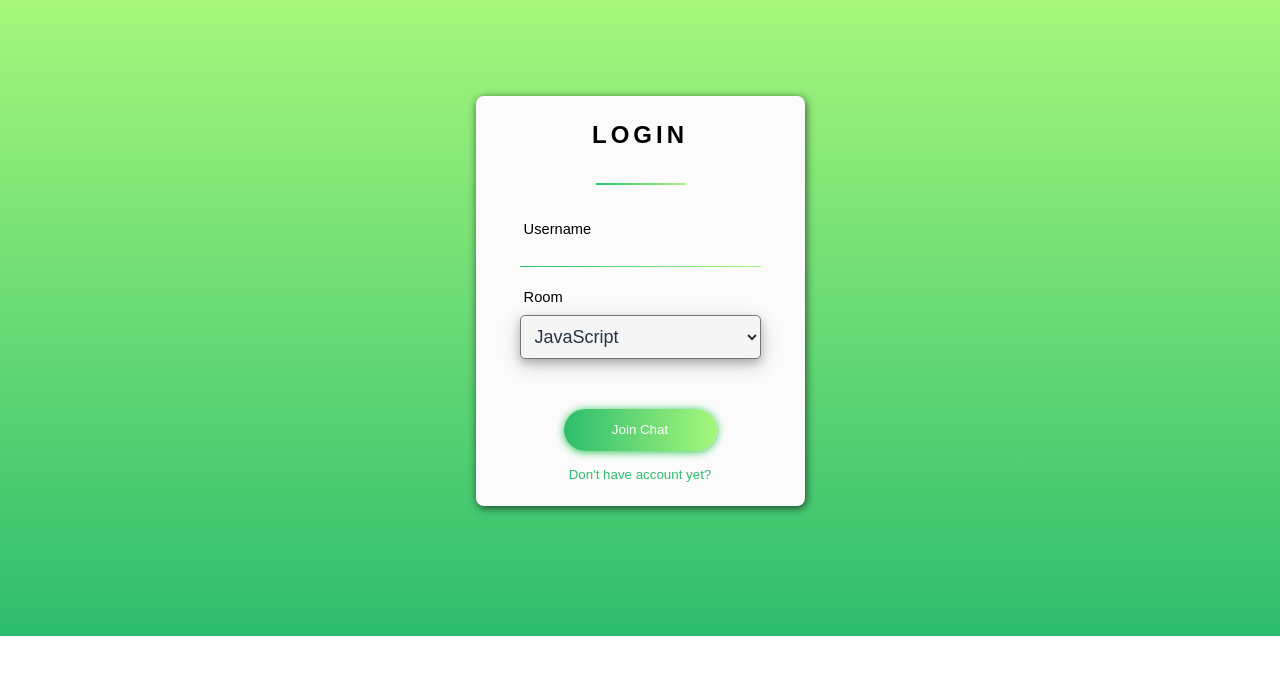
Repository: satyam12116/chat
Page: public/index.html
An editor plug-in stored every save of this project. The page is shown before and after a run of saves, followed by the edit.
The browser window is 1280 px wide. The pictures show the whole page.
Some web libraries are served in a nearby version.

Above is the page before, as saved 2023-03-26 11:45:21.

### public/index.html
<!DOCTYPE html>
<html lang="en">
	<head>
		<meta charset="UTF-8" />
		<meta name="viewport" content="width=device-width, initial-scale=1.0" />
		<meta http-equiv="X-UA-Compatible" content="ie=edge" />
		<link
			rel="stylesheet"
			href="https://cdnjs.cloudflare.com/ajax/libs/font-awesome/5.12.1/css/all.min.css"
			integrity="sha256-mmgLkCYLUQbXn0B1SRqzHar6dCnv9oZFPEC1g1cwlkk="
			crossorigin="anonymous"
		/>
		<link rel="stylesheet" href="css/style.css" />
		<title>ChatCord App</title>
	</head>
	<body>
		<!-- <div class="join-container">
			<header class="join-header">
				<h1><i class="fas fa-smile"></i> ChatCord</h1>
			</header>
			<main class="join-main">
				<form action="chat.html">
					<div class="form-control">
						<label for="username">Username</label>
						<input
							type="text"
							name="username"
							id="username"
							placeholder="Enter username..."
							required
						/>
					</div>
					<div class="form-control">
						<label for="room">Room</label>
						<select name="room" id="room">
							<option value="JavaScript">JavaScript</option>
							<option value="Python">Python</option>
							<option value="PHP">PHP</option>
							<option value="C#">C#</option>
							<option value="Ruby">Ruby</option>
							<option value="Java">Java</option>
						</select>
					</div>
					<button type="submit"class="glow-on-hover">Join Chat</button>
				</form>
			</main>
		</div> -->
		<div id="card">
			<div id="card-content">
			  <div id="card-title">
				<h2>LOGIN</h2>
				<div class="underline-title"></div>
			  </div>
			  <form method="post" class="form">
				<label for="user-email" style="padding-top:13px">
					&nbsp;Username
				  </label>
				<input id="user-email" class="form-content" type="email" name="email" autocomplete="on" required />
				<div class="form-border"></div>
				<label for="user-password" style="padding-top:22px">&nbsp;Room
				  </label>
				<!-- <input id="user-password" class="form-content" type="password" name="password" required /> -->
				<select name="room" id="my">
					<option value="JavaScript">JavaScript</option>
					<option value="Python">Python</option>
					<option value="PHP">PHP</option>
					<option value="C#">C#</option>
					<option value="Ruby">Ruby</option>
					<option value="Java">Java</option>
				</select>
				<!-- <div class="form-border"></div> -->
				<!-- <a href="#">
				  <legend id="forgot-pass">Forgot password?</legend>
				</a> -->
				<input id="submit-btn" type="submit" name="submit" value="Join Chat" />
				<a href="#" id="signup">Don't have account yet?</a>
			  </form>
			</div>
		  </div>
	</body>
</html>

### public/css/style.css
@import url('https://fonts.googleapis.com/css?family=Roboto&display=swap');

:root {
	--dark-color-a: #667aff;
	--dark-color-b: #7386ff;
	--light-color: #e6e9ff;
	--success-color: #5cb85c;
	--error-color: #d9534f;
}

* {
	box-sizing: border-box;
	margin: 0;
	padding: 0;
}

body {
	font-family: 'Roboto', sans-serif;
	font-size: 16px;
	background: var(--light-color);
	margin: 20px;
}

ul {
	list-style: none;
}

a {
	text-decoration: none;
}

.btn {
	cursor: pointer;
	padding: 5px 15px;
	background: var(--light-color);
	color: var(--dark-color-a);
	border: 0;
	font-size: 17px;
}

/* Chat Page */

.chat-container {
	max-width: 1100px;
	background: #fff;
	margin: 30px auto;
	overflow: hidden;
}

.chat-header {
	background: var(--dark-color-a);
	color: #fff;
	border-top-left-radius: 5px;
	border-top-right-radius: 5px;
	padding: 15px;
	display: flex;
	align-items: center;
	justify-content: space-between;
}

.chat-main {
	display: grid;
	grid-template-columns: 1fr 3fr;
}

.chat-sidebar {
	background: var(--dark-color-b);
	color: #fff;
	padding: 20px 20px 60px;
	overflow-y: scroll;
}

.chat-sidebar h2 {
	font-size: 20px;
	background: rgba(0, 0, 0, 0.1);
	padding: 10px;
	margin-bottom: 20px;
}

.chat-sidebar h3 {
	margin-bottom: 15px;
}

.chat-sidebar ul li {
	padding: 10px 0;
}

.chat-messages {
	padding: 30px;
	max-height: 500px;
	overflow-y: scroll;
}

.chat-messages .message {
	padding: 10px;
	margin-bottom: 15px;
	background-color: var(--light-color);
	border-radius: 5px;
	overflow-wrap: break-word;
}

.chat-messages .message .meta {
	font-size: 15px;
	font-weight: bold;
	color: var(--dark-color-b);
	opacity: 0.7;
	margin-bottom: 7px;
}

.chat-messages .message .meta span {
	color: #777;
}

.chat-form-container {
	padding: 20px 30px;
	background-color: var(--dark-color-a);
}

.chat-form-container form {
	display: flex;
}

.chat-form-container input[type='text'] {
	font-size: 16px;
	padding: 5px;
	height: 40px;
	flex: 1;
}

/* Join Page */
.join-container {
	max-width: 500px;
	margin: 80px auto;
	color: #fff;
}

.join-header {
	text-align: center;
	padding: 20px;
	background: var(--dark-color-a);
	border-top-left-radius: 5px;
	border-top-right-radius: 5px;
}

.join-main {
	padding: 30px 40px;
	background: var(--dark-color-b);
}

.join-main p {
	margin-bottom: 20px;
}

.join-main .form-control {
	margin-bottom: 20px;
}

.join-main label {
	display: block;
	margin-bottom: 5px;
}

.join-main input[type='text'] {
	font-size: 16px;
	padding: 5px;
	height: 40px;
	width: 100%;
}

.join-main select {
	font-size: 16px;
	padding: 5px;
	height: 40px;
	width: 100%;
}

.join-main .btn {
	margin-top: 20px;
	width: 100%;
}

@media (max-width: 700px) {
	.chat-main {
		display: block;
	}

	.chat-sidebar {
		display: none;
	}
}

.glow-on-hover {
	margin-left:150px;
	font-family: cursive;
	font-weight: bold;
    width: 120px;
    height: 50px;
    border: none;
    outline: none;
    color: black;
    background:rgb(211, 84, 84);
    cursor: pointer;
    position: relative;
    z-index: 0;
    border-radius: 10px;
}

.glow-on-hover:before {
    content: '';
    background: linear-gradient(45deg, #ff0000, #ff7300, #fffb00, #48ff00, #00ffd5, #002bff, #7a00ff, #ff00c8, #ff0000);
    position: absolute;
    top: -2px;
    left:-2px;
    background-size: 400%;
    z-index: -1;
    filter: blur(5px);
    width: calc(100% + 4px);
    height: calc(100% + 4px);
    animation: glowing 20s linear infinite;
    opacity: 0;
    transition: opacity .3s ease-in-out;
    border-radius: 10px;
}

.glow-on-hover:active {
    color:whitesmoke;
}

.glow-on-hover:active:after {
    background: transparent;
}

.glow-on-hover:hover:before {
    opacity: 1;
}

.glow-on-hover:after {
    z-index: -1;
    content: '';
    position: absolute;
    width: 100%;
    height: 100%;
    background: whitesmoke;
    left: 0;
    top: 0;
    border-radius: 10px;
}

@keyframes glowing {
    0% { background-position: 0 0; }
    50% { background-position: 400% 0; }
    100% { background-position: 0 0; }
}
a {
	text-decoration: none;
  }
  body {
	background: -webkit-linear-gradient(bottom, #2dbd6e, #a6f77b);
	background-repeat: no-repeat;
  }
  label {
	font-family: "Raleway", sans-serif;
	font-size: 11pt;
  }
  #forgot-pass {
	color: #2dbd6e;
	font-family: "Raleway", sans-serif;
	font-size: 10pt;
	margin-top: 3px;
	text-align: right;
  }
  #card {
	background: #fbfbfb;
	border-radius: 8px;
	box-shadow: 1px 2px 8px rgba(0, 0, 0, 0.65);
	height: 410px;
	margin: 6rem auto 8.1rem auto;
	width: 329px;
  }
  #card-content {
	padding: 12px 44px;
  }
  #card-title {
	font-family: "Raleway Thin", sans-serif;
	letter-spacing: 4px;
	padding-bottom: 23px;
	padding-top: 13px;
	text-align: center;
  }
  #signup {
	color: #2dbd6e;
	font-family: "Raleway", sans-serif;
	font-size: 10pt;
	margin-top: 16px;
	text-align: center;
  }
  #submit-btn {
	background: -webkit-linear-gradient(right, #a6f77b, #2dbd6e);
	border: none;
	border-radius: 21px;
	box-shadow: 0px 1px 8px #24c64f;
	cursor: pointer;
	color: white;
	font-family: "Raleway SemiBold", sans-serif;
	height: 42.3px;
	margin: 0 auto;
	margin-top: 50px;
	transition: 0.25s;
	width: 153px;
  }
  #submit-btn:hover {
	box-shadow: 0px 1px 18px #24c64f;
  }
  .form {
	align-items: left;
	display: flex;
	flex-direction: column;
  }
  .form-border {
	background: -webkit-linear-gradient(right, #a6f77b, #2ec06f);
	height: 1px;
	width: 100%;
  }
  .form-content {
	background: #fbfbfb;
	border: none;
	outline: none;
	padding-top: 14px;
  }
  .underline-title {
	background: -webkit-linear-gradient(right, #a6f77b, #2ec06f);
	height: 2px;
	margin: 2.1rem auto 0 auto;
	width: 89px;
  }
  #my{
	margin-top: 10px;
	font-family: 'Ubuntu', sans-serif;
	position: relative;
	display: block;
	width: 100%;
	padding: 10px;
	font-size: 18px;
	font-weight: 300;
	color: #273342;
	line-height: 30px;
	background: #f5f5f5;
	border-radius: 5px;
	cursor: pointer;
	box-shadow: 0 4px 8px 0 rgba(0,0,0,0.2),0 6px 20px 0 rgba(0,0,0,0.19);
  }

After the next 2 saves:
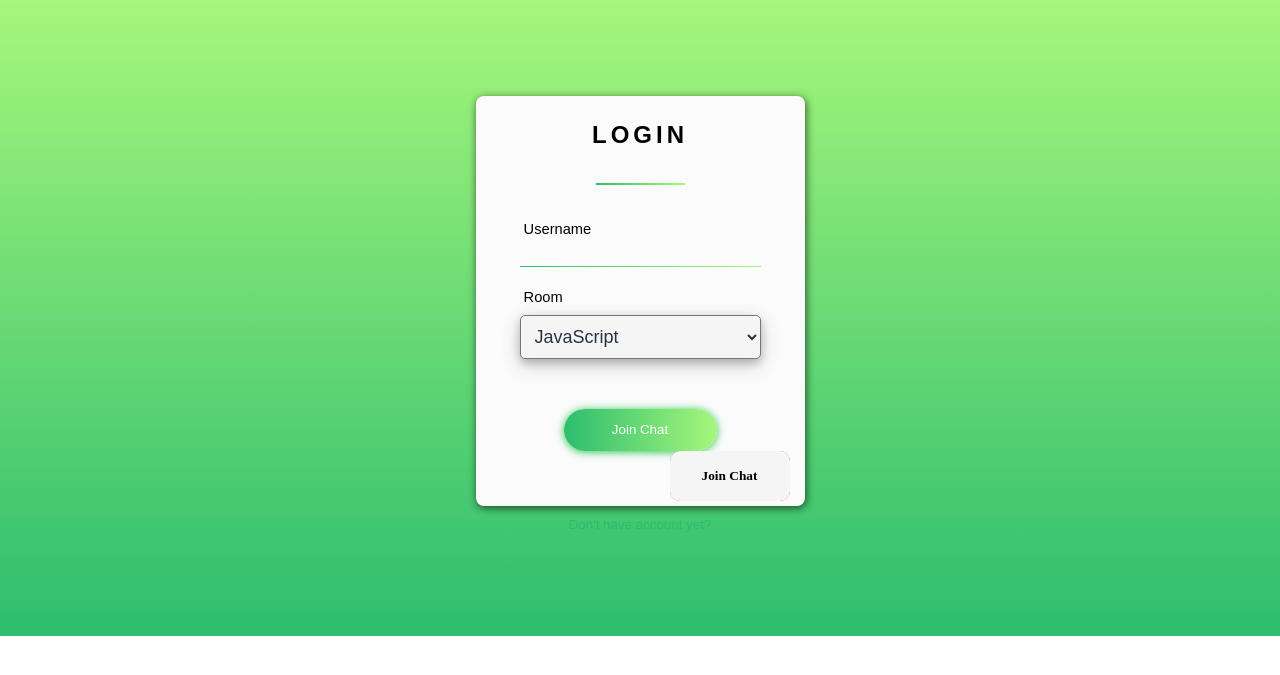
The 2 saves are shown as one change because they came seconds apart.
The last was saved 37 s later.
--- a/public/index.html
+++ b/public/index.html
@@ -73,6 +73,7 @@
 				  <legend id="forgot-pass">Forgot password?</legend>
 				</a> -->
 				<input id="submit-btn" type="submit" name="submit" value="Join Chat" />
+				<button type="submit"class="glow-on-hover">Join Chat</button>
 				<a href="#" id="signup">Don't have account yet?</a>
 			  </form>
 			</div>
